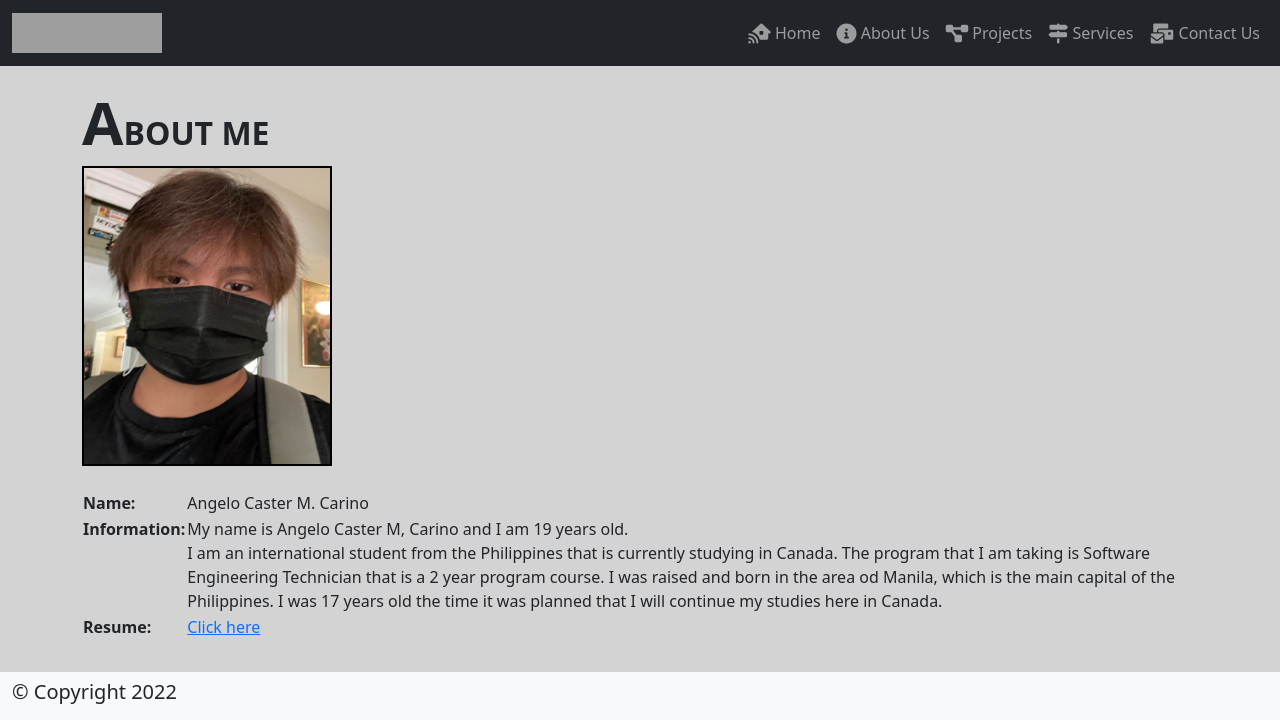
Repository: acarino4/Express-Portfolio-Site
Page: http://localhost/about
These files come from the project's save history. The page is drawn as it stood at one moment and after the next save; the edit follows.
The browser window is 1280 px wide. The pictures show the whole page.
Pictures or frames that could not be fetched are drawn as grey boxes. The page is served by the project's Node server (server.js). Other server files are loaded and not shown.

Above is the page before, as saved 2022-10-08 18:44:52.

### Server/Views/index.ejs
<!--
    *****************************************
    * File Name: MyExpressPortfolio         *
    * Students Name: Jenyll Mabborang       *
    * Student ID: 301225121                 *
    * Date: June 06, 2022                   *
    *****************************************
-->

<!DOCTYPE html>
<html lang="en">
<head>
    <meta charset="UTF-8">
    <meta http-equiv="X-UA-Compatible" content="IE=edge">
    <meta name="viewport" content="width=device-width, initial-scale=1.0">
    <title><%= title %></title>
    <!-- CSS Goes Here -->
    <link rel="stylesheet" href="./bootstrap/dist/css/bootstrap.min.css">
    <link rel="stylesheet" href="./@fortawesome/fontawesome-free/css/all.min.css">
    <link rel="stylesheet" href="./Content/app.css">
</head>
<body>
    <!-- Main Navigation Section -->
    <header>
        <%- include('components/header.ejs'); %> <!-- Inserts or injects my header.ejs inside my header-->
    </header>

    <!-- Content Section -->
    <main>
        <%- include('content/' + page + '.ejs'); %>
    </main>

    <!-- Site-wide Footer Section -->
    <footer>
        <!-- Site-wide footer -->
        <%- include('components/footer.ejs'); %> <!-- Inserts or injects my footerr.ejs inside my footer-->
    </footer>

    <!-- JavaScript goes here -->
    <script src="./jquery/dist/jquery.min.js"></script>
    <script src="./bootstrap/dist/js/bootstrap.min.js"></script>
    <script src="./@fortawesome/fontawesome-free/js/all.min.js"></script>
    <script src="./Scripts/app.js"></script>
</body>
</html>

### Server/Views/components/header.ejs
<!--
  Name: Angelo Caster M. Carino
  Student ID: 301223955
  Assignment 1: Express Portfolio Site
-->
<nav class="navbar navbar-expand-lg navbar-dark bg-dark">
    <div class="container-fluid">
      <a class="navbar-brand" href="/"><img src="./Assets/images/logo.png" alt="" width="150" height="40"></i> </a>
      <button class="navbar-toggler" type="button" data-bs-toggle="collapse" data-bs-target="#navbarSupportedContent" aria-controls="navbarSupportedContent" aria-expanded="false" aria-label="Toggle navigation">
        <span class="navbar-toggler-icon"></span>
      </button>
      <div class="collapse navbar-collapse" id="navbarSupportedContent">
        <ul class="navbar-nav ms-auto mb-2 mb-lg-0">

          <!-- Home Page link -->
          <li class="nav-item">
            <a class="nav-link" aria-current="page" href="/home"><i class="fa-solid fa-house-signal fa-lg"></i> Home</a>
          </li>

          <!-- About Page link -->
          <li class="nav-item">
            <a class="nav-link" aria-current="page" href="/about"><i class="fa-solid fa-circle-info fa-lg"></i></i> About Us</a>
          </li>

          <!-- Projects Page link -->
          <li class="nav-item">
            <a class="nav-link" aria-current="page" href="/projects"><i class="fa-solid fa-diagram-project fa-lg"></i></i> Projects</a>
          </li>

          <!-- Services Page link -->
          <li class="nav-item">
            <a class="nav-link" aria-current="page" href="/services"><i class="fa-solid fa-signs-post fa-lg"></i></i> Services</a>
          </li>

          <!-- Contact Page link -->
          <li class="nav-item">
            <a class="nav-link" aria-current="page" href="/contact"><i class="fa-solid fa-envelopes-bulk fa-lg"></i> Contact Us</a>
          </li>

        </ul>
      </div>
    </div>
  </nav>

### Server/Views/content/about.ejs
<!--
  Name: Angelo Caster M. Carino
  Student ID: 301223955
  Assignment 1: Express Portfolio Site
-->
<!-- ABOUT.EJS body content section -->
<head>
    <style>
        body {
            background-color:lightgray;
        }

   </style>

</head>
<div class="container" style="padding-top: 20px;">
    <h2><strong><span style = "font-size: 60px">A</span>BOUT ME</strong></h2>
    <table>
        <!-- My personal image -->
        <img src="./Assets/images/caster.jpg" alt="" width="250" height="300" style = "border: 2px solid black; border-style: double;">
        <br>
        <br>
        <tr>
            <td><strong>Name: </strong> </td>
            <td> Angelo Caster M. Carino </td>
        </tr>

        <tr>
            <!-- Short paragraph of who I am -->
            <td valign="top"><strong> Information: </strong> </td>
            <td>My name is Angelo Caster M, Carino and I am 19 years old.<br>
                I am an international student from the Philippines that is currently studying in Canada.
                The program that I am taking is Software Engineering Technician that is a 2 year program course.
                I was raised and born in the area od Manila, which is the main capital of the Philippines.
                I was 17 years old the time it was planned that I will continue my studies here in Canada.




            </td>
        </tr>

        <tr>
            <!-- Link to my resume (PDF version) -->
            <td><strong> Resume: </strong></td>
            <td><a href="./Assets/pdf/Resume-Angelo-Caster-M-Carino.pdf"> Click here </a></td>
            <td></td>
        </tr>
    </table>
</div>

### Server/Views/components/footer.ejs
<!--
  Name: Angelo Caster M. Carino
  Student ID: 301223955
  Assignment 1: Express Portfolio Site
-->

<nav class="navbar fixed-bottom bg-light">
    <div class="container-fluid">
      <h5 id="copyright">&copy; Copyright 2022 </h5>
    </div>
</nav>

### server.js
#!/usr/bin/env node
"use strict";
var __importDefault = (this && this.__importDefault) || function (mod) {
    return (mod && mod.__esModule) ? mod : { "default": mod };
};
Object.defineProperty(exports, "__esModule", { value: true });
const app_1 = __importDefault(require("./Server/Config/app"));
const debug_1 = __importDefault(require("debug"));
(0, debug_1.default)('lesson4:server');
const http_1 = __importDefault(require("http"));
const port = normalizePort(process.env.PORT || '3000');
app_1.default.set('port', port);
const server = http_1.default.createServer(app_1.default);
server.listen(port);
server.on('error', onError);
server.on('listening', onListening);
function normalizePort(val) {
    var port = parseInt(val, 10);
    if (isNaN(port)) {
        return val;
    }
    if (port >= 0) {
        return port;
    }
    return false;
}
function onError(error) {
    if (error.syscall !== 'listen') {
        throw error;
    }
    let bind = typeof port === 'string'
        ? 'Pipe ' + port
        : 'Port ' + port;
    switch (error.code) {
        case 'EACCES':
            console.error(bind + ' requires elevated privileges');
            process.exit(1);
            break;
        case 'EADDRINUSE':
            console.error(bind + ' is already in use');
            process.exit(1);
            break;
        default:
            throw error;
    }
}
function onListening() {
    let addr = server.address();
    let bind = 'pipe ' + addr;
    (0, debug_1.default)('Listening on ' + bind);
}
//# sourceMappingURL=server.js.map

### Server/Routes/index.js
"use strict";
var __importDefault = (this && this.__importDefault) || function (mod) {
    return (mod && mod.__esModule) ? mod : { "default": mod };
};
Object.defineProperty(exports, "__esModule", { value: true });
const express_1 = __importDefault(require("express"));
const router = express_1.default.Router();
router.get('/', function (req, res, next) {
    res.render('index', { title: 'Home', page: 'home' });
});
router.get('/home', function (req, res, next) {
    res.render('index', { title: 'Home', page: 'home' });
});
router.get('/about', function (req, res, next) {
    res.render('index', { title: 'About Us', page: 'about' });
});
router.get('/projects', function (req, res, next) {
    res.render('index', { title: 'Our Projects', page: 'projects' });
});
router.get('/services', function (req, res, next) {
    res.render('index', { title: 'Our Services', page: 'services' });
});
router.get('/contact', function (req, res, next) {
    res.render('index', { title: 'Contact Us', page: 'contact' });
});
exports.default = router;
//# sourceMappingURL=index.js.map

### Client/Content/app.css
/*CUSTOM CSS GOES HERE*/

### Client/Scripts/app.js
"use strict";
(function () {
    function Start() {
        console.log("App Started!");
        let XHR = new XMLHttpRequest();
        XHR.open("GET", "../data/data.json");
        XHR.send();
        XHR.addEventListener("readystatechange", function () {
            if (XHR.readyState == 4 && XHR.status == 200) {
                console.log("JSON Data:");
                console.log("===========");
                console.log(XHR.responseText);
            }
        });
    }
    window.addEventListener("load", Start);
})();
//# sourceMappingURL=app.js.map

### Client/data/data.json
{
    "FullName": "Jenyll Mabborang",
    "ContactNumber": "564315584",
    "EmailAddress": "jenyll@example.com"
}

After the next save:
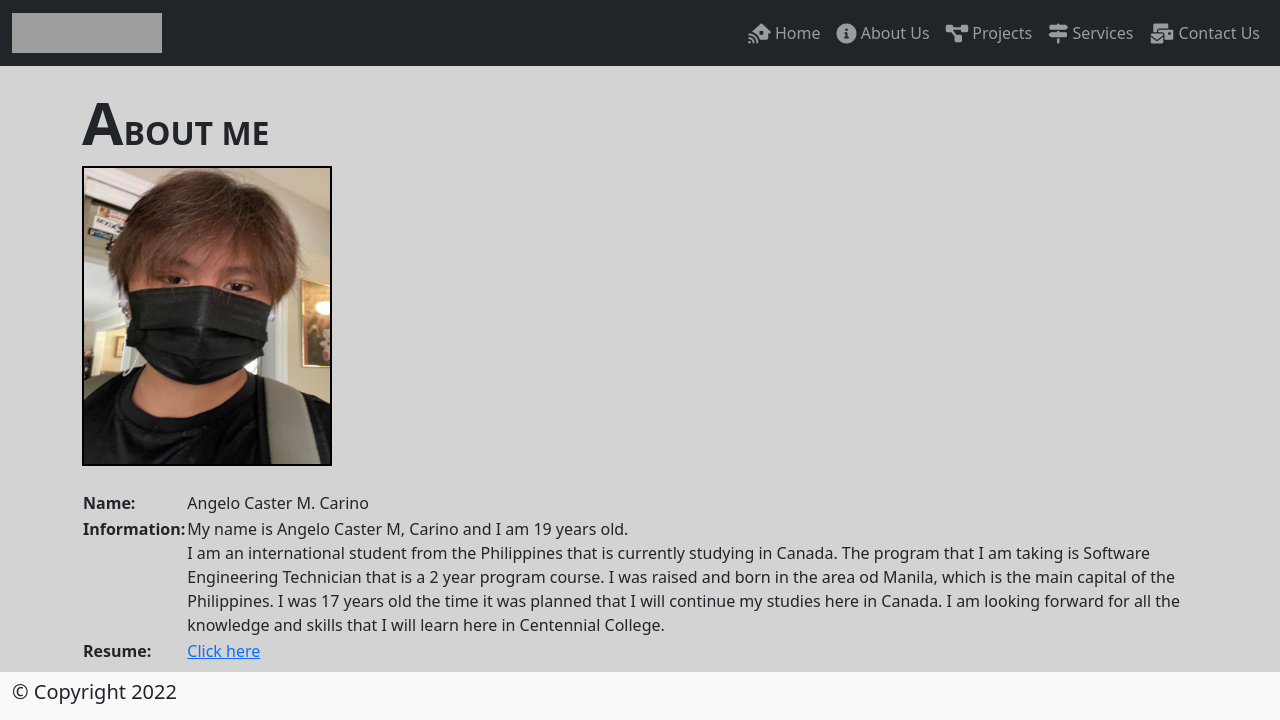
Saved 28 s later.
--- a/Server/Views/content/about.ejs
+++ b/Server/Views/content/about.ejs
@@ -33,6 +33,7 @@
                 The program that I am taking is Software Engineering Technician that is a 2 year program course.
                 I was raised and born in the area od Manila, which is the main capital of the Philippines.
                 I was 17 years old the time it was planned that I will continue my studies here in Canada.
+                I am looking forward for all the knowledge and skills that I will learn here in Centennial College.
 
 
 
